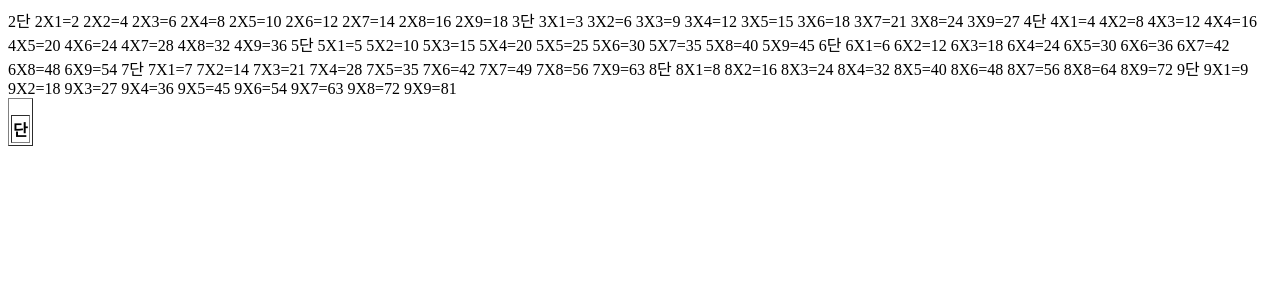
Repository: sieoh/2024html-
Page: http://localhost/jspweb_07/HW_07_이시연.jsp
The author's editor kept a copy of each file at every save. The page is drawn from the files as they stood at one save, then again after the next save.
The browser window is 1280 px wide. The pictures show the whole page.
The page is served by Tomcat 9. Other server files are loaded and not shown.

Above is the page before, as saved 2024-01-11 02:40:47.

### workspace_sts/jspweb_07/src/main/webapp/HW_07_이시연.jsp
<%@ page language="java" contentType="text/html; charset=UTF-8"
    pageEncoding="UTF-8"%>
<!DOCTYPE html>
<html>
<head>
<meta charset="UTF-8">
<title>Insert title here</title>
</head>
<body>
	<%
    	out.println("<table border='1'>");

		for(int i=2;i<10;i++) {
			out.println("<tr>");
			out.println(i+"단");
			for(int j=1;j<10;j++) {
				out.println(i+"X"+j+"="+j*i);
			}
		}
	    out.println("<th>"+"단</th>");
	    out.println("</tr>");
	%>
	<table>
		<tr>
			<th></th>
		</tr>
	</table>
</body>
</html>

After the next save:
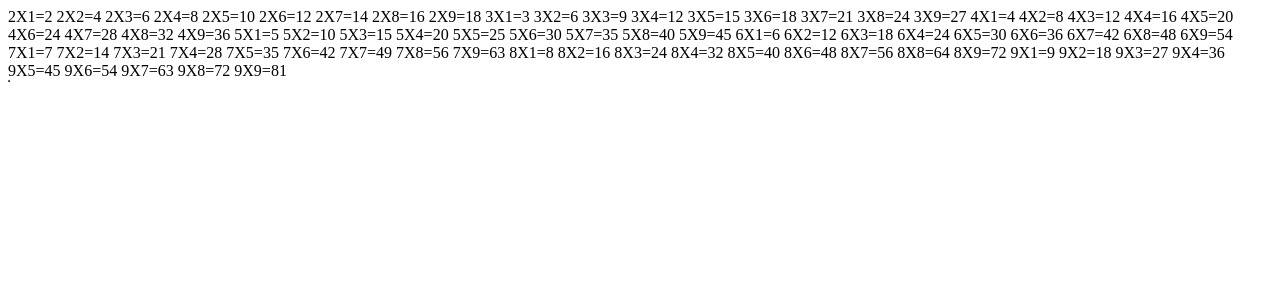
Saved 24 s later.
--- a/workspace_sts/jspweb_07/src/main/webapp/HW_07_이시연.jsp
+++ b/workspace_sts/jspweb_07/src/main/webapp/HW_07_이시연.jsp
@@ -11,14 +11,10 @@
     	out.println("<table border='1'>");
 
 		for(int i=2;i<10;i++) {
-			out.println("<tr>");
-			out.println(i+"단");
 			for(int j=1;j<10;j++) {
 				out.println(i+"X"+j+"="+j*i);
 			}
 		}
-	    out.println("<th>"+"단</th>");
-	    out.println("</tr>");
 	%>
 	<table>
 		<tr>

After the save that followed:
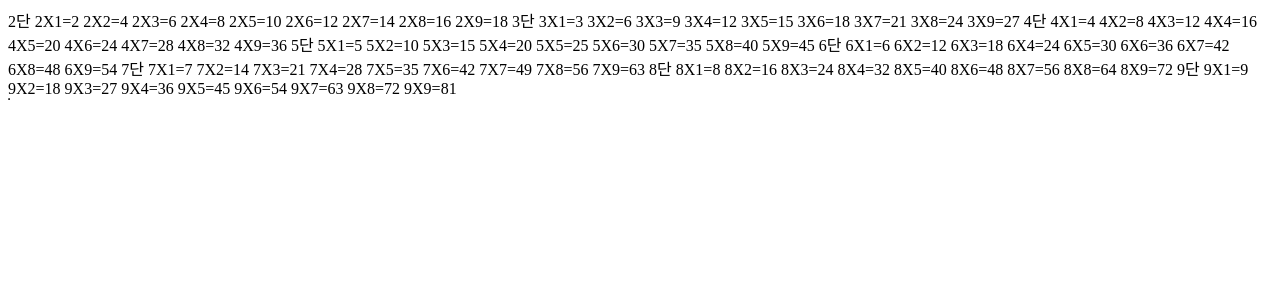
Saved 58 s later.
--- a/workspace_sts/jspweb_07/src/main/webapp/HW_07_이시연.jsp
+++ b/workspace_sts/jspweb_07/src/main/webapp/HW_07_이시연.jsp
@@ -11,6 +11,7 @@
     	out.println("<table border='1'>");
 
 		for(int i=2;i<10;i++) {
+			out.println(i+"단");
 			for(int j=1;j<10;j++) {
 				out.println(i+"X"+j+"="+j*i);
 			}
